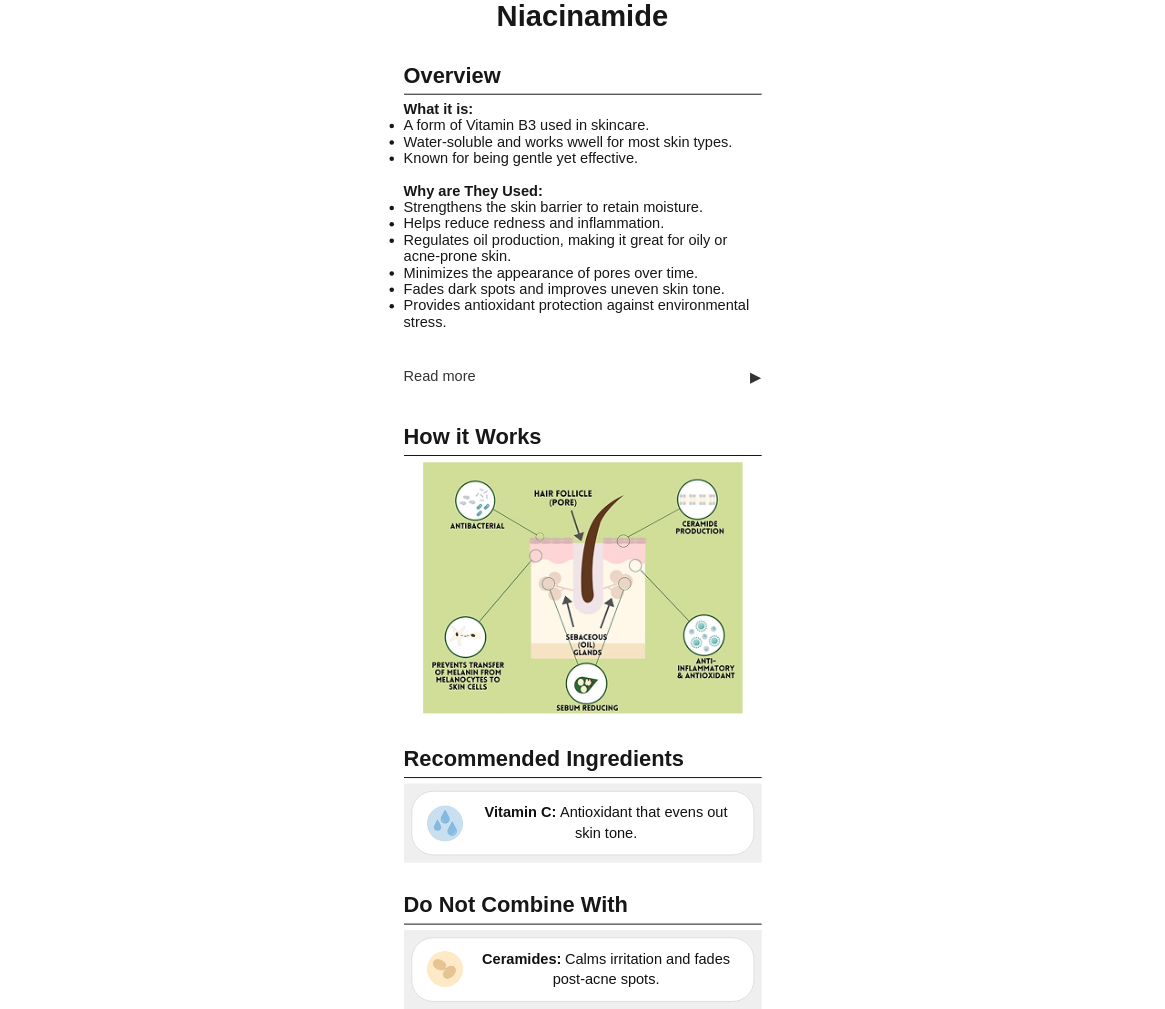
Repository: Esteb4ncd/DermaKnight_WebApp
Page: / (app in dermaknight/)
An editor plug-in stored every save of this project. The page is shown before and after the next save, followed by the edit.
The browser window is 1280 px wide. The pictures show the whole page, at 91% of full size.
The project was rebuilt for these pictures with package versions that can differ from the ones it lists, and the page was loaded fresh each time. The framework's server and built-in components were replaced by stand-ins that run in the browser. Also part of the build but not shown: dermaknight/next.config.mjs, dermaknight/app/page.module.css, dermaknight/app/ui/toggleDropdown/toggleDropdown.module.css.

Above is the page before, as saved 2025-05-12 13:47:04.

After the next save:
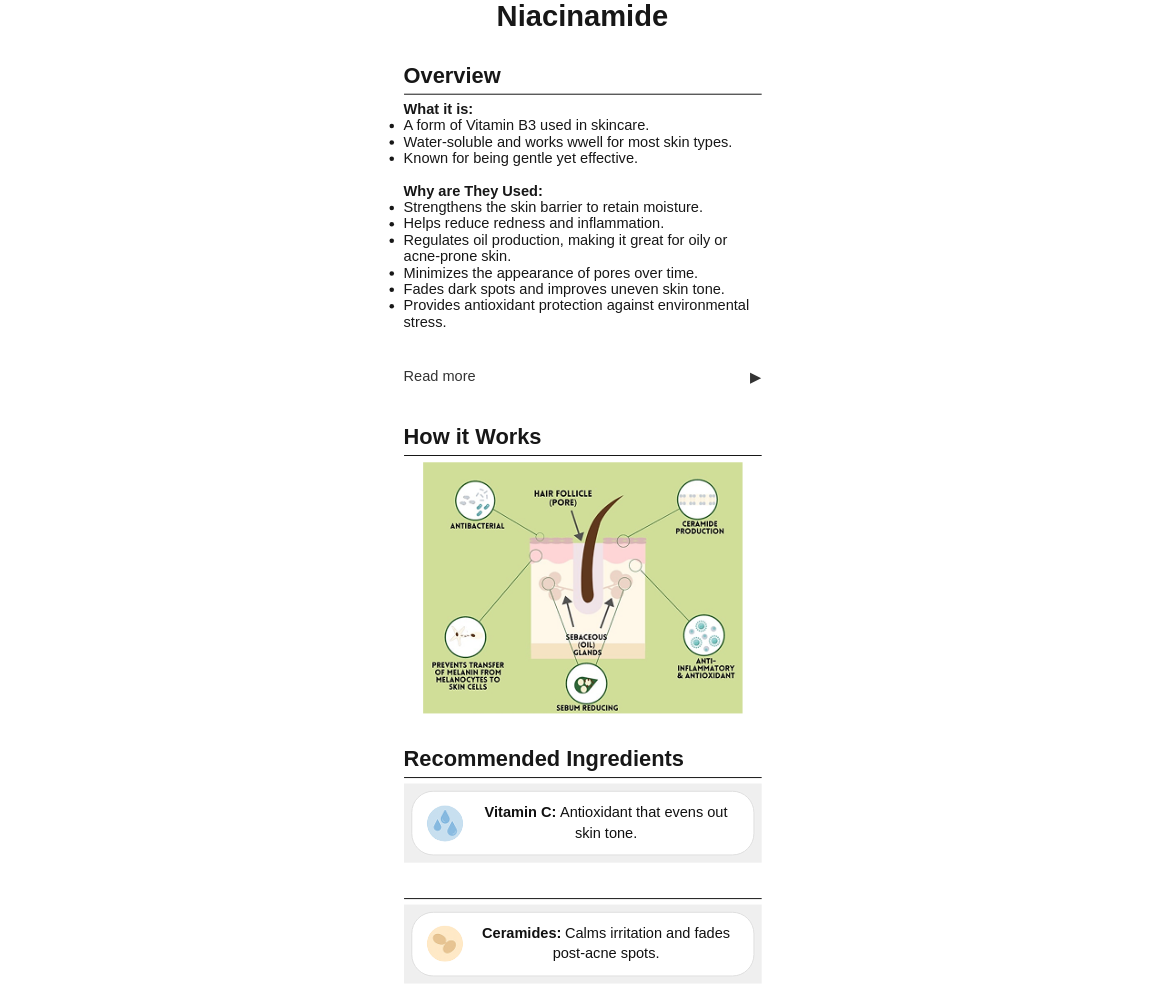
Saved 14 s later.
--- a/dermaknight/app/page.js
+++ b/dermaknight/app/page.js
@@ -182,7 +182,7 @@ export default function Home() {
 
         </section>
         <section className={styles.authContainer}>
-        <h2 style={{ "text-align": "left" }}>Do Not Combine With</h2>
+        <h2 style={{ "text-align": "left" }}></h2>
         <hr style={{ border: "none", borderTop: "1px solid black", margin: "0.4rem 0" }} />
 
         {["Ceramides"].map((key) => {
